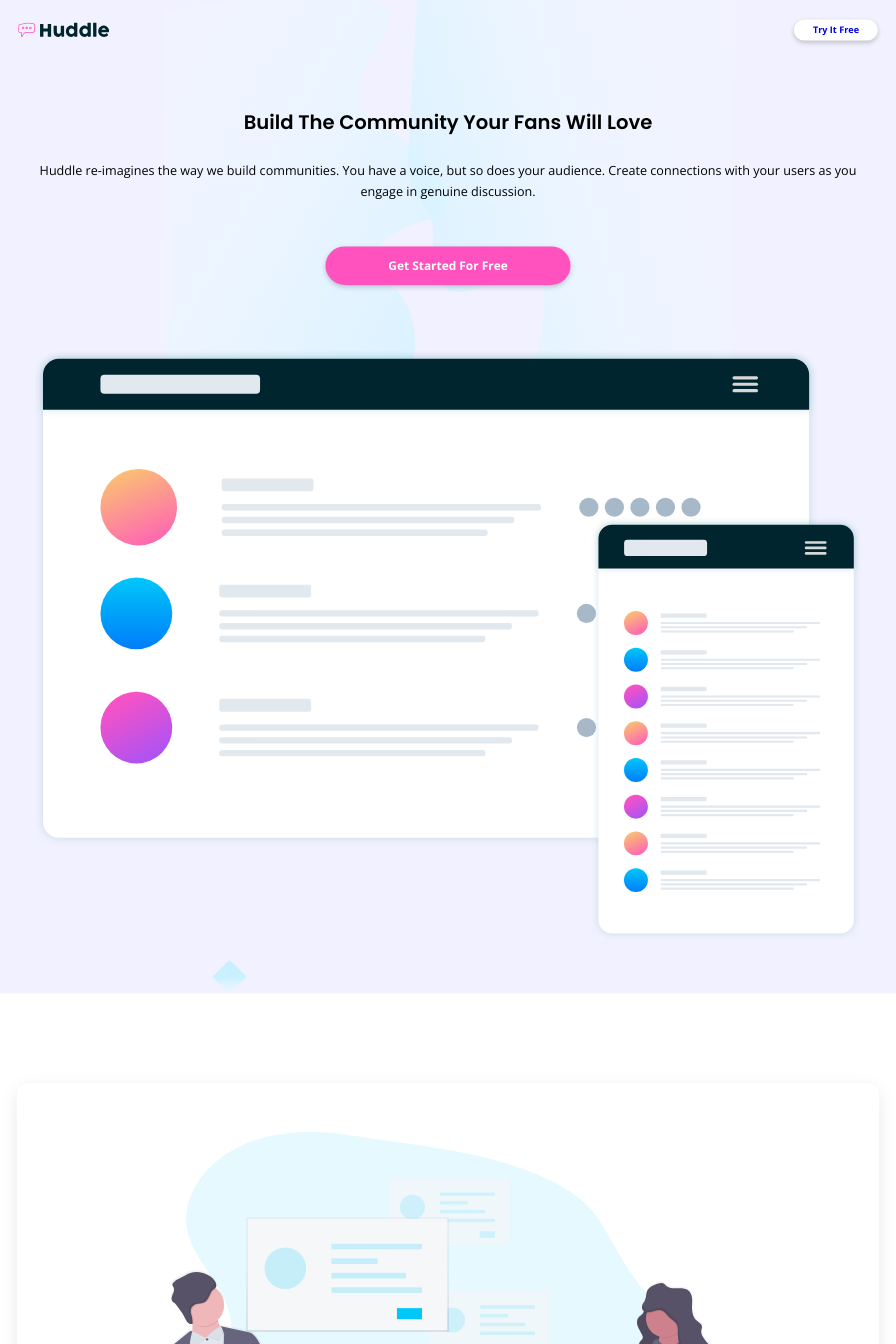
Repository: DejV44/Huddle-landing-page
Page: index.html
These files come from the project's save history. The page is drawn as it stood at one moment and after the next save; the edit follows.
The browser window is 1280 px wide. The pictures show the part of the page from y = 0 to 1920 px (the page is 5470 px tall before and 5432 px after), at 70% of full size.
The style sheet was rebuilt from its Sass, Less or Tailwind sources for each picture, by a compiler version that may differ from the author's.

Above is the page before, as saved 2021-08-20 08:35:45.

### index.html
<!DOCTYPE html>
<html lang="en">
<head>
  <meta charset="UTF-8">
  <meta name="viewport" content="width=device-width, initial-scale=1.0"> <!-- displays site properly based on user's device -->
  <link rel="stylesheet" href="/css/style.css">
  <link rel="stylesheet" href="/fontawesome-free-5.15.3-web/css/all.css">
  <link rel="icon" type="image/png" sizes="32x32" href="./images/favicon-32x32.png">

  <title>Frontend Mentor | Huddle landing page with alternating feature blocks</title>

</head>
<body>
  <header>
    <div class="nav">
      <div class="logo">
        <img src="/images/logo.svg" alt="logo">
      </div>
      <a href="#">Try It Free</a>
    </div>
    <content class="main">
      <article class="building">
        <h1>Build The Community Your Fans Will Love</h1>
        <h3> Huddle re-imagines the way we build communities. You have a voice, but so does your audience.
        Create connections with your users as you engage in genuine discussion.</h3>
        <a class="main-btn" href="#">Get Started For Free</a>
      </article>
      <div class="img-main">
        <img class="img" src="/images/illustration-mockups.svg" alt="">
      </div>
    </content>

  </header>
  <section class="cards">
    <div class="card-one">
      <div class="img-cards">
        <img src="/images/illustration-grow-together.svg" alt="">
      </div>
      <content class="card">
        <h2>Grow Together</h2>
        <p>Generate meaningful discussions with your audience and build a strong, loyal community.
        Think of the insightful conversations you miss out on with a feedback form.</p>
      </content>
    </div>
    <div class="card-two">
      <div class="img-cards">
        <img src="/images/illustration-flowing-conversation.svg" alt="">
      </div>
      <content class="card">
        <h2>Flowing Conversations</h2>
        <p>You wouldn't paginate a conversation in real life, so why do it online? Our threads
        have just-in-time loading for a more natural flow.</p>
      </content>
    </div>
    <div class="card-three">
      <div class="img-cards">
        <img src="/images/illustration-your-users.svg" alt="">
      </div>
      <content class="card">
        <h2>Your Users</h2>
        <p>It takes no time at all to integrate Huddle with your app's authentication solution.
        This means, once signed in to your app, your users can start chatting immediately.</p>
      </content>
    </div>
    <container class="ready">
      <h2>Ready To Build Your Community?</h2>
      <a href="#">Get Started For Free</a>
    </container>
  </section>
  <foother>
    <container class="foother">
      <div class="section1">
        <img src="/images/logo.svg" alt="logo">
        <p>Lorem ipsum dolor sit amet, consectetur adipiscing elit, sed do eiusmod tempor
        incididunt ut labore et dolore magna aliqua</p>
        <li><i class="fa fa-phone" aria-hidden="true"></i><a href="tel:+1-543-123-4567">+1-543-123-4567</a></li>
        <li><i class="fa fa-envelope" aria-hidden="true"></i><a href="example@huddle.com">example@huddle.com</a></li>
      </div>
      <div class="section2">
        <ul>
          <li>About Us</li>
          <li>What We Do</li>
          <li>FAQ</li>
        </ul>
      </div>
      <div class="section3">
        <ul>
          <li>Career</li>
          <li>Blog</li>
          <li>Contact Us</li>
        </ul>
      </div>
      <div class="copyright">
        <div class="social">
          <span><i class="fab fa-facebook-f"></i></span>
          <span><i class="fab fa-twitter"></i></span>
          <span><i class="fab fa-instagram"></i></span>
        </div>
        <p>&copy; Copyright 2018 Huddle. All rights reserved.</p>
      </div>
    </container>
  </foother>













  <footer>
    <p class="attribution">
      Challenge by <a href="https://www.frontendmentor.io?ref=challenge" target="_blank">Frontend Mentor</a>.
      Coded by <a href="#">Your Name Here</a>.
    </p>
  </footer>
</body>
</html>

### css/style.scss
* {
    margin: 0;
    padding: 0;
    //font-family: 'Poppins', sans-serif;
    -webkit-font-smoothing: antialiased;
}

body {
    font-family: 'Open Sans', sans-serif;
}

// ---FONTS---
@import url('https://fonts.googleapis.com/css2?family=Open+Sans:wght@400;700&display=swap');
@import url('https://fonts.googleapis.com/css2?family=Poppins:wght@600&display=swap');

@import "variables";
@import "mixin";

@import "cards";
@import "header";
@import "footer";

### css/_variables.scss
$Pink: hsl(322, 100%, 66%);
$VeryPaleCyan: hsl(193, 100%, 96%);
$VeryDarkCyan: hsl(192, 100%, 9%);
$GrayishBlue: hsl(208, 11%, 55%);

### css/_mixin.scss
@mixin cards {
    display: flex;
    flex-direction: column;
    margin: 4rem auto;
    text-align: center;
    box-shadow: rgba(17, 17, 26, 0.048) 0px 4px 16px, rgba(17, 17, 26, 0.05) 0px 8px 32px;
    border-radius: 18px;
    align-items: center;



    .card {
        display: block;
        margin: auto 3rem;
        h2 {
            padding-bottom: 1.5rem;
            font-size: 25px;
            font-family: 'Poppins', sans-serif
        }
        p {
            display: block;
            font-size: 17px;
            color: $GrayishBlue;
            padding-bottom: 3rem;
            margin-bottom: 2rem;

        }
    }
    .img-cards {
        display: block;
        padding: 30px 50px;
        margin: auto;

            img {
                width: 90%;
                margin: 40px auto;
            }
    }
}

### css/_cards.scss
.cards {
    padding: 4rem 1.5rem;
    margin: 0 auto;
    box-sizing: border-box;


    .card-one, .card-two, .card-three {
        @include cards;
    }

    .ready {
        display: block;
        box-sizing: border-box;
        text-align: center;

        margin: 0 auto;
        padding: 1rem 1rem;
        box-shadow: rgba(39, 39, 39, 0.24) 0px 3px 8px;
        max-width: 600px;
        text-align: center;
        align-items: center;
        border-radius: 18px;
        h2 {
            font-size: 21px;
            font-family: 'Poppins', sans-serif;
            margin: 1.5rem auto;
        }

        a {
            display: block;
            text-decoration: none;
            font-weight: 600;
            font-size: 12px;
            margin: 1.5rem auto;
            padding: 1rem 0;
            max-width: 250px;
            border-radius: 30px;
            background: $Pink;
            color: white;
            box-shadow: rgba(39, 39, 39, 0.24) 0px 3px 8px;
        }
    }

}

### css/_header.scss
header {
    background: url(/images/bg-hero-mobile.svg);
    background-color: rgb(241, 241, 255);
    background-size: contain;
    background-position: center;
    background-repeat: no-repeat;
    text-align: center;

    .nav {
        display: flex;
        justify-content: space-between;
        padding: 2rem 1.6rem;


        img {
            width: 130px;
        }

        a {
            text-decoration: none;
            font-size: 13px;
            font-weight: 600;
            margin-top: -4px;
            padding: 0.3rem 1.7rem;
            background-color: white;
            border-radius: 25px;
            box-shadow: rgba(39, 39, 39, 0.24) 0px 3px 8px;
        }

    }
    .main {

        margin: 0 auto;

        .building {
            margin: 4rem 3rem;



            h1 {
                margin: 0 1rem;
                font-size: 28px;
                font-family: 'Poppins', sans-serif
            }

            h3 {
                font-weight: 400;
                font-size: 18px;
                margin: 2rem 0;
                line-height: 30px;
            }

            .main-btn {

                display: block;
                text-decoration: none;
                font-weight: 600;
                font-size: 17px;
                margin: 4rem auto;
                padding: 1rem 0;
                max-width: 350px;
                border-radius: 30px;
                background: $Pink;
                color: white;
                box-shadow: rgba(39, 39, 39, 0.24) 0px 3px 8px;
            }

        }
        .img-main {
            padding: 30px 50px;

            .img {
                width: 100%;
                margin-bottom: 40px;
            }
        }
    }


}

### css/_footer.scss





.attribution {
    font-size: 11px; text-align: center;
}
.attribution a {
    color: hsl(228, 45%, 44%);
}

Loaded but not shown: fontawesome-free-5.15.3-web/css/all.css (library)

After the next save:
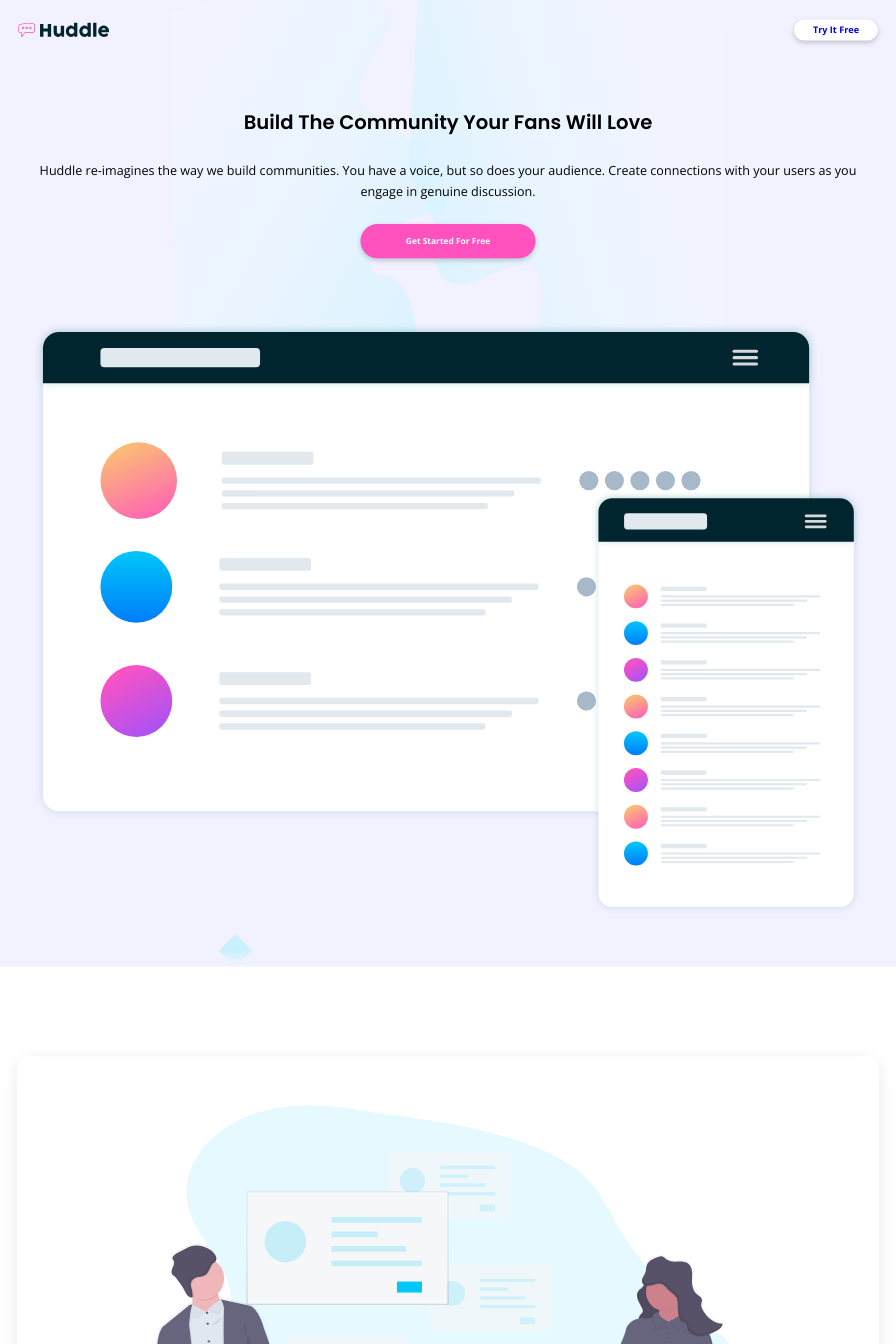
Saved 51 s later.
--- a/css/_header.scss
+++ b/css/_header.scss
@@ -54,15 +54,15 @@ header {
 
                 display: block;
                 text-decoration: none;
-                font-weight: 600;
-                font-size: 17px;
-                margin: 4rem auto;
-                padding: 1rem 0;
-                max-width: 350px;
-                border-radius: 30px;
-                background: $Pink;
-                color: white;
-                box-shadow: rgba(39, 39, 39, 0.24) 0px 3px 8px;
+            font-weight: 600;
+            font-size: 12px;
+            margin: 1.5rem auto;
+            padding: 1rem 0;
+            max-width: 250px;
+            border-radius: 30px;
+            background: $Pink;
+            color: white;
+            box-shadow: rgba(39, 39, 39, 0.24) 0px 3px 8px;
             }
 
         }
